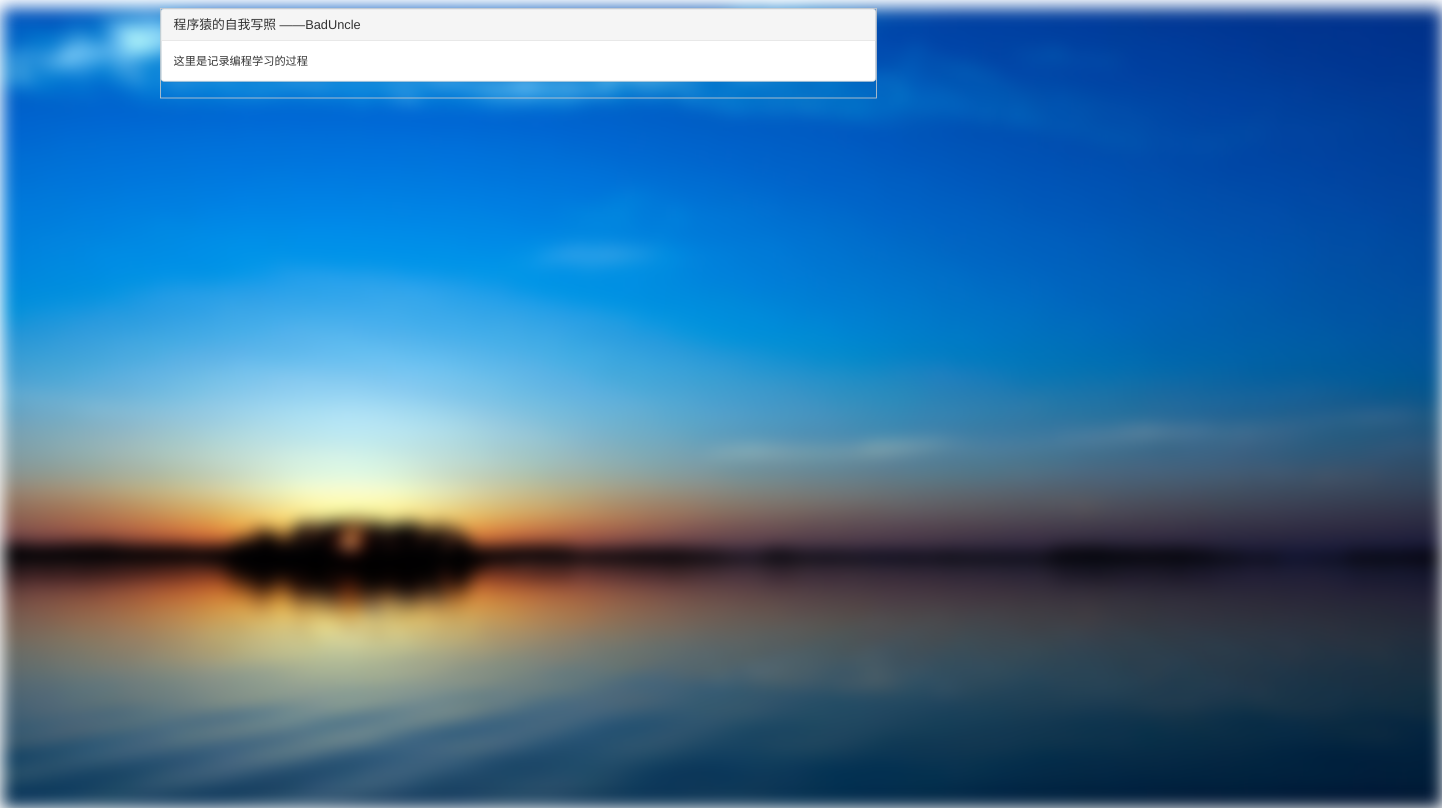
Repository: lidasi/monkeyLife
Page: http://localhost/monkeyLife/jsp/infopage.jsp
The author's editor kept a copy of each file at every save. The page is drawn from the files as they stood at one save, then again after the next save.
The browser window is 1280 px wide. The page is 1803 px wide, so the pictures cover 1803 px, including what lies to the right of the window. The pictures show the whole page, at 80% of full size.
The page is served by Tomcat 9.

Above is the page before, as saved 2017-07-13 08:11:04.

### workSpeaces/monkeyLife/WebContent/jsp/infopage.jsp
<%@ page language="java" contentType="text/html; charset=UTF-8"
    pageEncoding="UTF-8"%>
<!DOCTYPE html PUBLIC "-//W3C//DTD HTML 4.01 Transitional//EN" "http://www.w3.org/TR/html4/loose.dtd">
<html>
<head>
<meta http-equiv="Content-Type" content="text/html; charset=UTF-8">
<link rel="stylesheet" type="text/css" media="screen" href="../ui/bootstrap/css/bootstrap.min.css">
<link rel="stylesheet" type="text/css" media="screen" href="../css/info.css">
<script type="text/javascript" src="../js/jquery-1.10.2.min.js"></script>
<script type="text/javascript">
        $(function(){
        	 var height = 1000;
             var width = 1800;
             $("#infoImage").height(height).width(width);

        });
        var monkeyLife_001 = function() {
        	alert("跳至详情")
        }
    </script>
<title>infoPage</title>
</head>
<body>
	<div id="infoRelative">
		<div id="infoImage"></div>
	</div>
	<div id="content">
		<div class="panel panel-default">
		    <div class="panel-heading">
		        <h3 class="panel-title" onmouseout="monkeyLife_001">
		           <a href="#"> 程序猿的自我写照  ——BadUncle</a>
		        </h3>
		    </div>
		    <div class="panel-body">
		        这里是记录编程学习的过程
		    </div>
		</div>
	</div>

</body>
</html>

### workSpeaces/monkeyLife/WebContent/css/info.css
@CHARSET "UTF-8";
#infoRelative{position:relative;
	width:100%;
	height:100%}
#infoImage{
	position:absolute;
	left:3px;
	top:10px;
/*    border: 1px solid #CCCCCC;
    padding:90px 5px 10px;*/
    background: url("../image/dock/infoImage_001.jpg") no-repeat;
    background-size: cover;
    -webkit-filter: blur(10px);
    -ms-filter: blur(10px);
    filter: progid:DXImageTransform.Microsoft.Blur(PixelRadius=10, MakeShadow=false);
    animation:mymove 5s infinite;
    -webkit-animation:mymove 5s infinite;
}
 @keyframes mymove
{
    0%   {top:10px; background:url("../image/dock/infoImage_001.jpg"); position:absolute;}
    50% {top:10px; background:url("../image/dock/infoImage_002.jpg"); position:absolute;}
    100% {top:10px; background:url("../image/dock/infoImage_001.jpg"); position:absolute;}
}

@-webkit-keyframes mymove
{
    0%   {top:0px; background:url("../image/dock/infoImage_001.jpg" position:absolute;);
    }
    50%   {top:0px; background:url("../image/dock/infoImage_002.jpg" position:absolute;);
    }
    100% {top:0px; background:url("../image/dock/infoImage_001.jpg" position:absolute;);
    }
}

#content {position:absolute;
	left:200px;
	top:10px;
	border: 1px solid #CCCCCC;
	width: 70%;

	}

Loaded but not shown: workSpeaces/monkeyLife/WebContent/ui/bootstrap/css/bootstrap.min.css (library); workSpeaces/monkeyLife/WebContent/js/jquery-1.10.2.min.js (library)

After the next save:
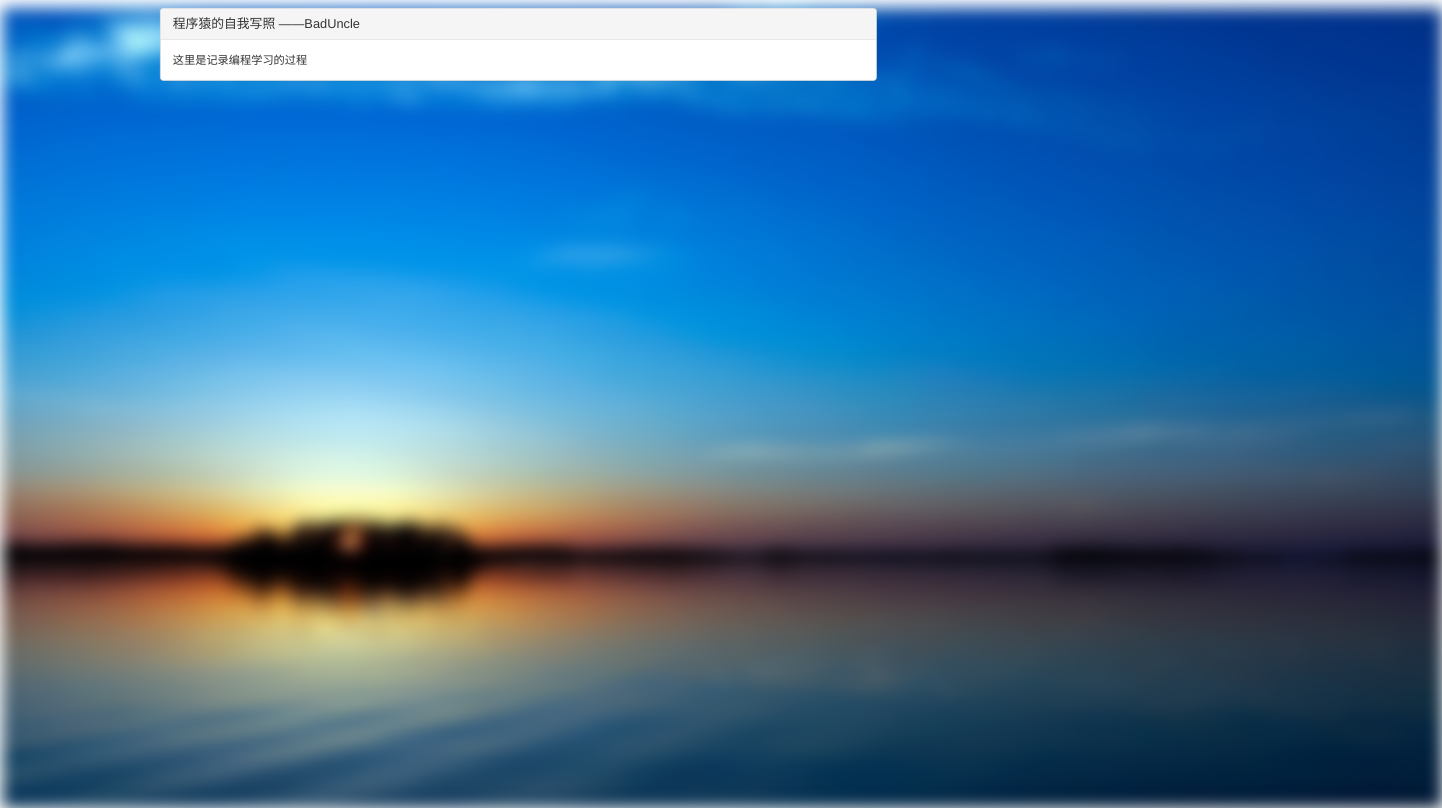
Saved 31 s later.
--- a/workSpeaces/monkeyLife/WebContent/css/info.css
+++ b/workSpeaces/monkeyLife/WebContent/css/info.css
@@ -36,7 +36,6 @@
 #content {position:absolute;
 	left:200px;
 	top:10px;
-	border: 1px solid #CCCCCC;
 	width: 70%;
 
 	}
